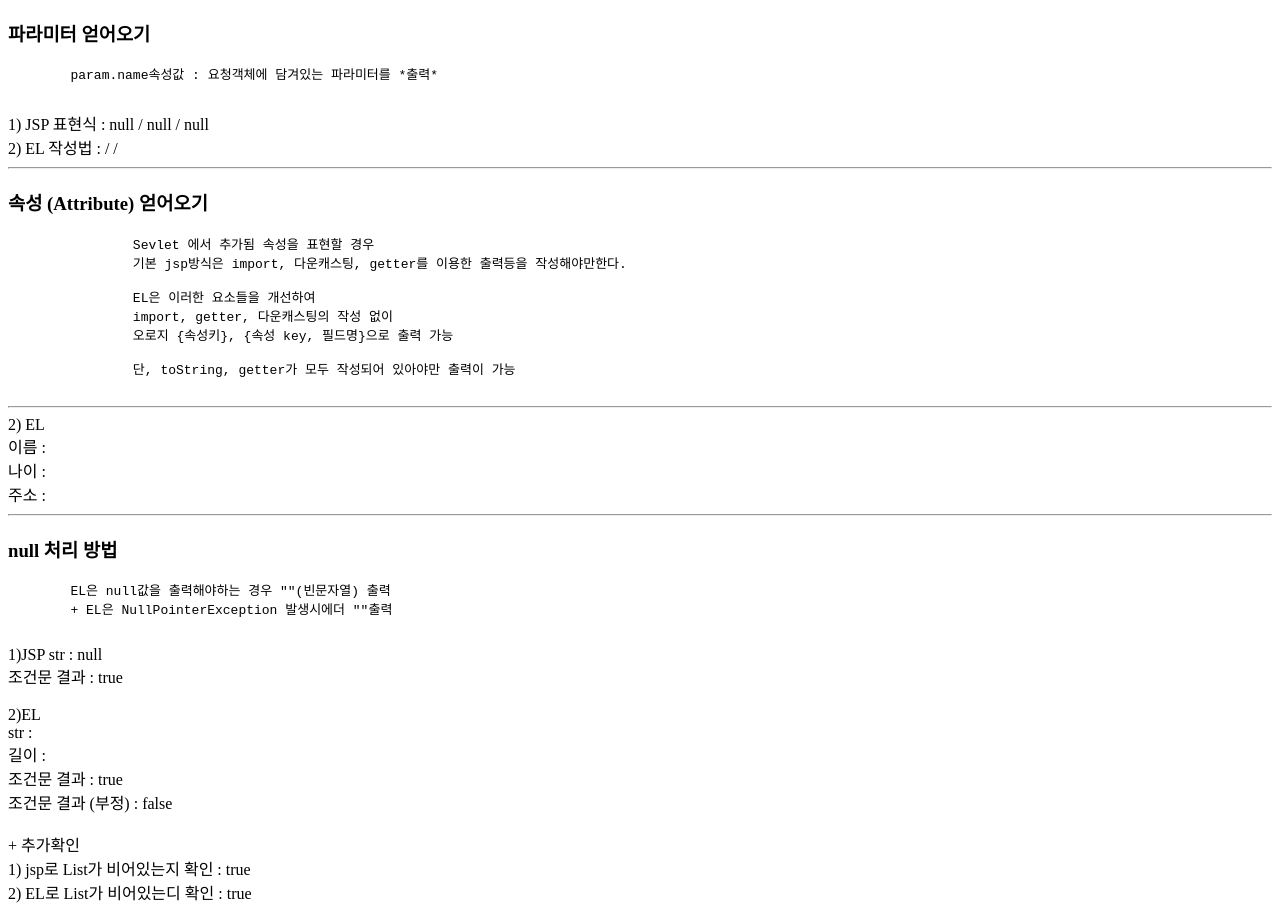
Repository: Seenee-Shin/servlet-jsp
Page: http://localhost/JSPProject/WEB-INF/views/EL/result.jsp
An editor plug-in stored every save of this project. The page is shown before and after the next save, followed by the edit.
The browser window is 1280 px wide. The pictures show the whole page.
The page is served by Tomcat 9. Nobody is signed in. The template is opened directly, without the code that normally fills it, so the values that code supplies are empty.

Above is the page before, as saved 2021-11-29 07:22:45.

After the next save:
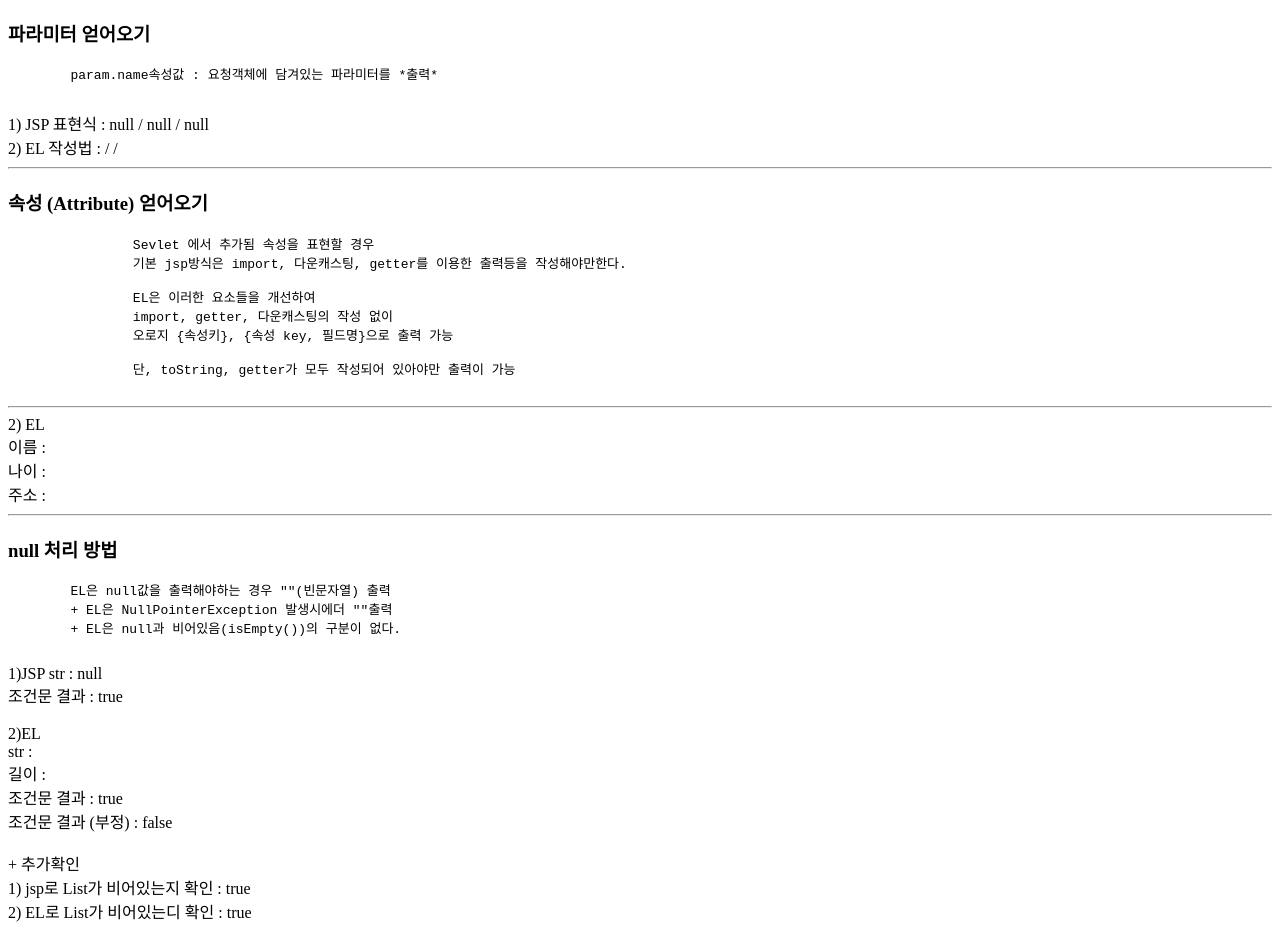
Saved 41 s later.
--- a/JSPProject/src/main/webapp/WEB-INF/views/EL/result.jsp
+++ b/JSPProject/src/main/webapp/WEB-INF/views/EL/result.jsp
@@ -58,6 +58,7 @@
 	<pre>
 	EL은 null값을 출력해야하는 경우 ""(빈문자열) 출력
 	+ EL은 NullPointerException 발생시에더 ""출력
+	+ EL은 null과 비어있음(isEmpty())의 구분이 없다.
 	</pre>
 
 	1)JSP
